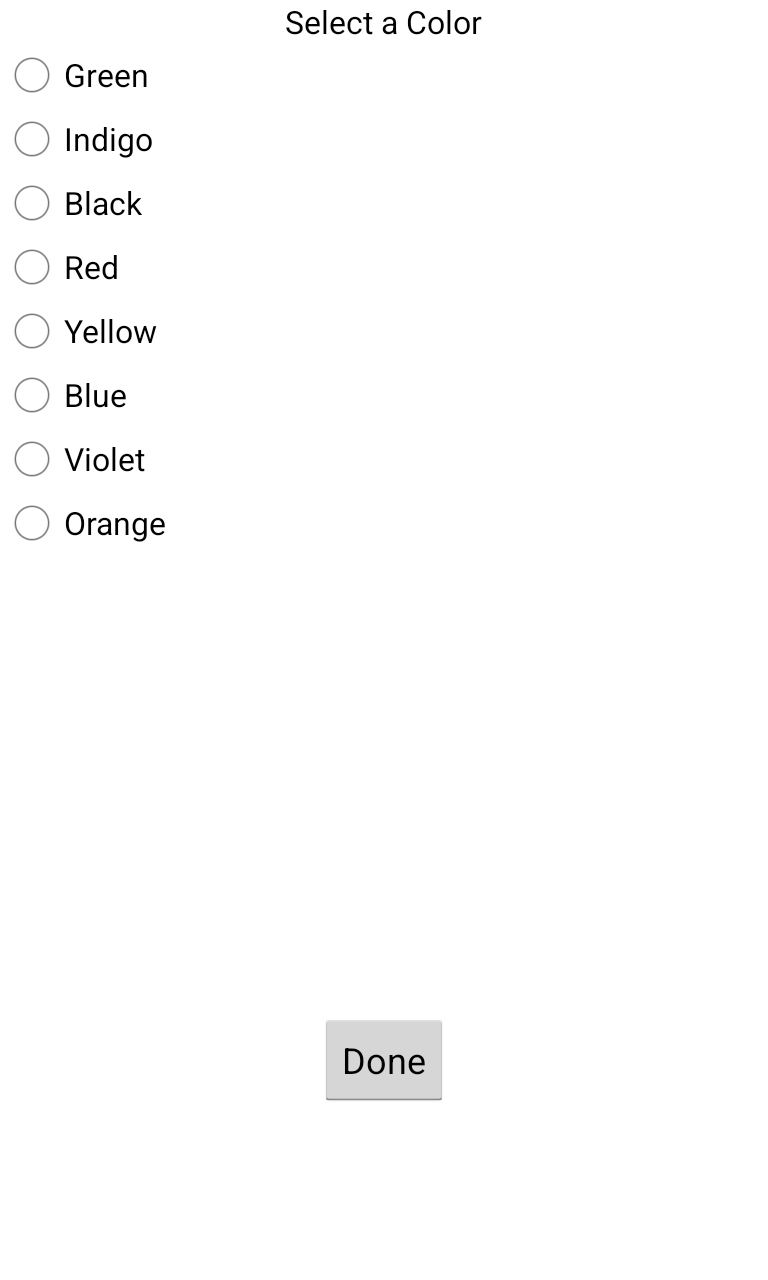
Repository: johnhof/App-Design
Layout: MyNote/res/layout/activity_color_picker.xml
The author's editor kept a copy of each file at every save. The layout is drawn from the files as they stood at one save, then again after the next save.
It is drawn on a 768 x 1280 px phone screen (xhdpi) without system bars, with theme AppTheme; the app's code is not run. The app's manifest (not shown) leaves right-to-left support off. So textAlignment, textDirection and layoutDirection are ignored, and left and right values win over start and end ones.

Above is the layout before, as saved 2013-02-05 01:11:16.

After the next save:
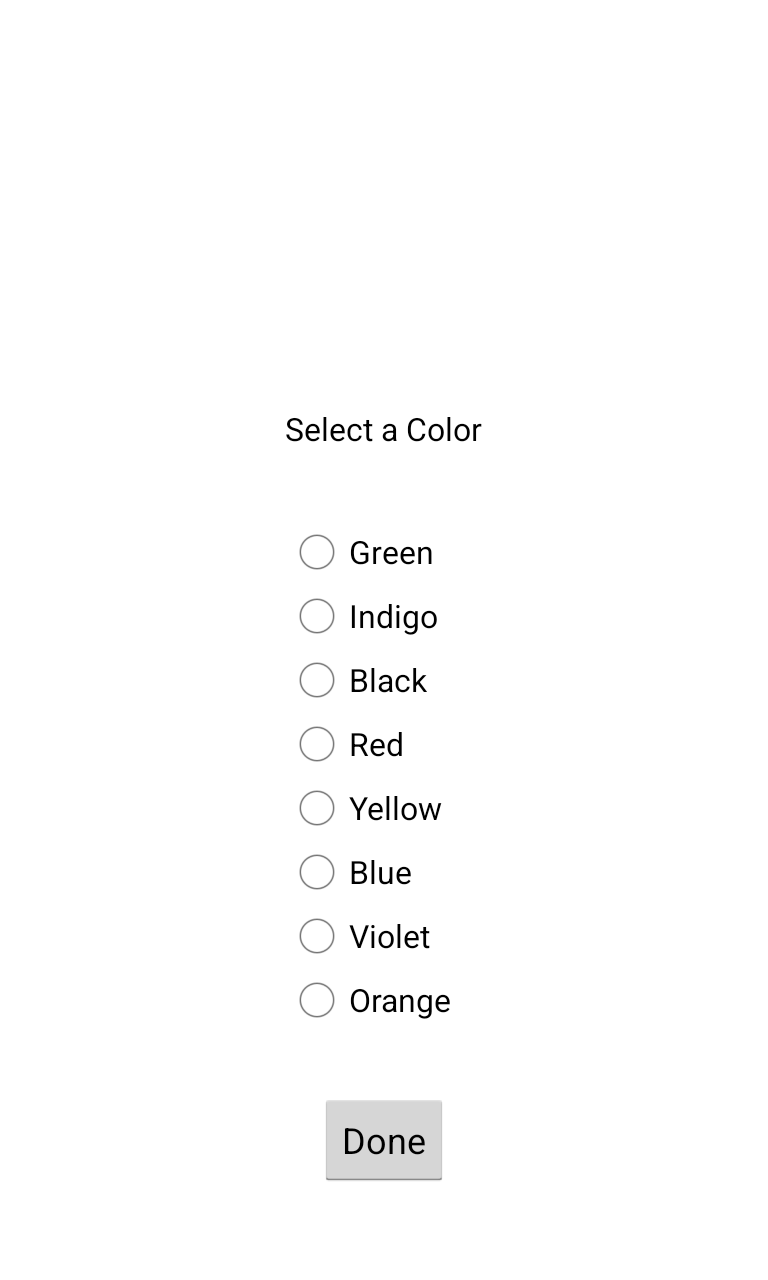
Saved 109 s later.
--- a/MyNote/res/layout/activity_color_picker.xml
+++ b/MyNote/res/layout/activity_color_picker.xml
@@ -10,15 +10,16 @@
         android:layout_height="wrap_content"
         android:layout_alignParentBottom="true"
         android:layout_centerHorizontal="true"
-        android:layout_marginBottom="86dp"
+        android:layout_marginBottom="46dp"
         android:text="@string/color_done" />
 
     <CheckedTextView
         android:id="@+id/instruction_text"
         android:layout_width="wrap_content"
         android:layout_height="wrap_content"
-        android:layout_alignParentTop="true"
+        android:layout_above="@+id/radioGroup1"
         android:layout_centerHorizontal="true"
+        android:layout_marginBottom="35dp"
         android:text="@string/color_instructions" />
 
     <RadioGroup
@@ -26,57 +27,56 @@
         android:layout_width="wrap_content"
         android:layout_height="wrap_content"
         android:layout_above="@+id/done_button"
-        android:layout_alignParentLeft="true"
-        android:layout_alignParentRight="true"
-        android:layout_below="@+id/instruction_text" >
+        android:layout_alignLeft="@+id/instruction_text"
+        android:layout_marginBottom="30dp" >
 
-	    <RadioButton
-	        android:id="@+id/green_radio"
-	        android:layout_width="wrap_content"
-	        android:layout_height="wrap_content"
-	        android:text="@string/green" />
+        <RadioButton
+            android:id="@+id/green_radio"
+            android:layout_width="wrap_content"
+            android:layout_height="wrap_content"
+            android:text="@string/green" />
 
-	    <RadioButton
-	        android:id="@+id/indigo_radio"
-	        android:layout_width="wrap_content"
-	        android:layout_height="wrap_content"
-	        android:text="@string/indigo" />
+        <RadioButton
+            android:id="@+id/indigo_radio"
+            android:layout_width="wrap_content"
+            android:layout_height="wrap_content"
+            android:text="@string/indigo" />
 
-	    <RadioButton
-	        android:id="@+id/black_radio"
-	        android:layout_width="wrap_content"
-	        android:layout_height="wrap_content"
-	        android:text="@string/black" />
+        <RadioButton
+            android:id="@+id/black_radio"
+            android:layout_width="wrap_content"
+            android:layout_height="wrap_content"
+            android:text="@string/black" />
 
-	    <RadioButton
-	        android:id="@+id/red_radio"
-	        android:layout_width="wrap_content"
-	        android:layout_height="wrap_content"
-	        android:text="@string/red" />
+        <RadioButton
+            android:id="@+id/red_radio"
+            android:layout_width="wrap_content"
+            android:layout_height="wrap_content"
+            android:text="@string/red" />
 
-	    <RadioButton
-	        android:id="@+id/yellow_radio"
-	        android:layout_width="wrap_content"
-	        android:layout_height="wrap_content"
-	        android:text="@string/yellow" />
+        <RadioButton
+            android:id="@+id/yellow_radio"
+            android:layout_width="wrap_content"
+            android:layout_height="wrap_content"
+            android:text="@string/yellow" />
 
-	    <RadioButton
-	        android:id="@+id/blue_radio"
-	        android:layout_width="wrap_content"
-	        android:layout_height="wrap_content"
-	        android:text="@string/blue" />
+        <RadioButton
+            android:id="@+id/blue_radio"
+            android:layout_width="wrap_content"
+            android:layout_height="wrap_content"
+            android:text="@string/blue" />
 
-	    <RadioButton
-	        android:id="@+id/violet_radio"
-	        android:layout_width="wrap_content"
-	        android:layout_height="wrap_content"
-	        android:text="@string/violet" />
+        <RadioButton
+            android:id="@+id/violet_radio"
+            android:layout_width="wrap_content"
+            android:layout_height="wrap_content"
+            android:text="@string/violet" />
 
-	    <RadioButton
-	        android:id="@+id/orange_radio"
-	        android:layout_width="wrap_content"
-	        android:layout_height="wrap_content"
-	        android:text="@string/orange" />
+        <RadioButton
+            android:id="@+id/orange_radio"
+            android:layout_width="wrap_content"
+            android:layout_height="wrap_content"
+            android:text="@string/orange" />
+    </RadioGroup>
 
-	</RadioGroup>
 </RelativeLayout>
